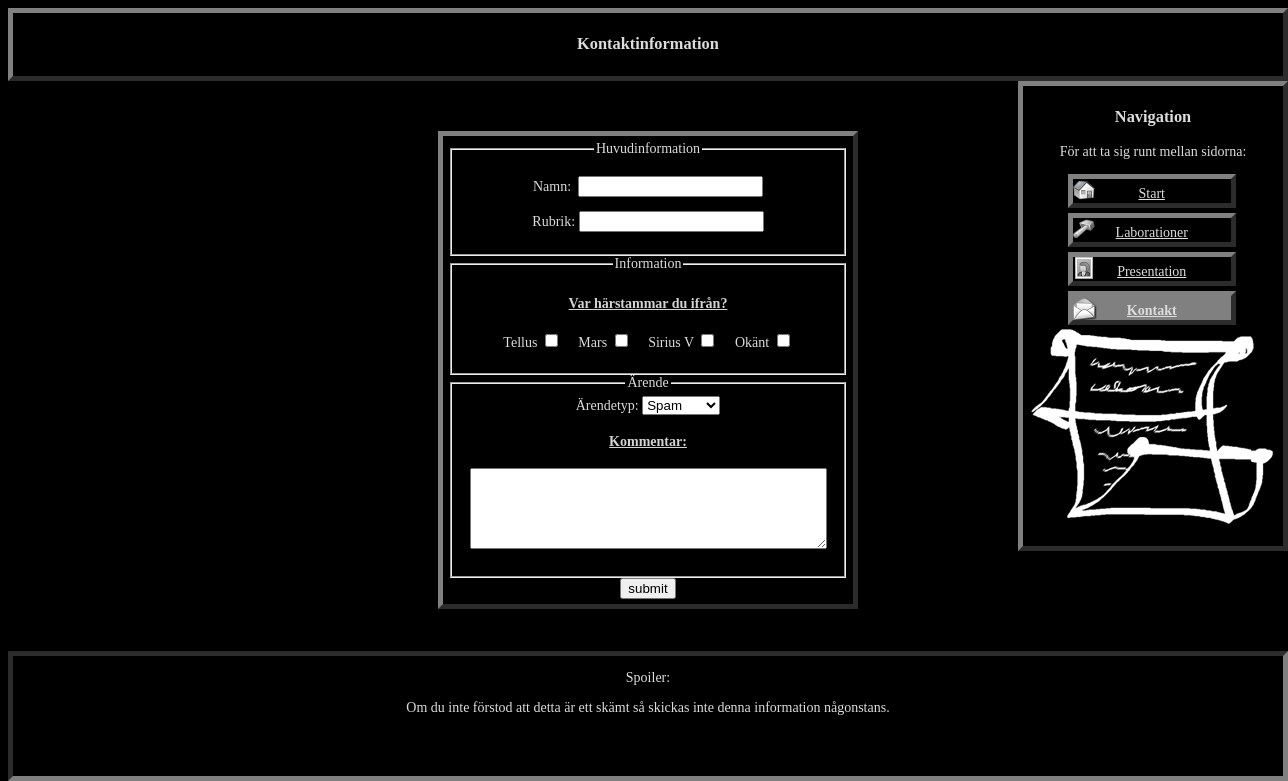
Repository: cg222im/1IK415_cg222im
Page: pages/kontakt.html
The author's editor kept a record of every edit. The page is drawn from the files as they stood at one moment, then again after the next edit.
The browser window is 1280 px wide. The page is 1288 px wide, so the pictures cover 1288 px, including what lies to the right of the window. The pictures show the whole page.

Above is the page before.

After the next edit:
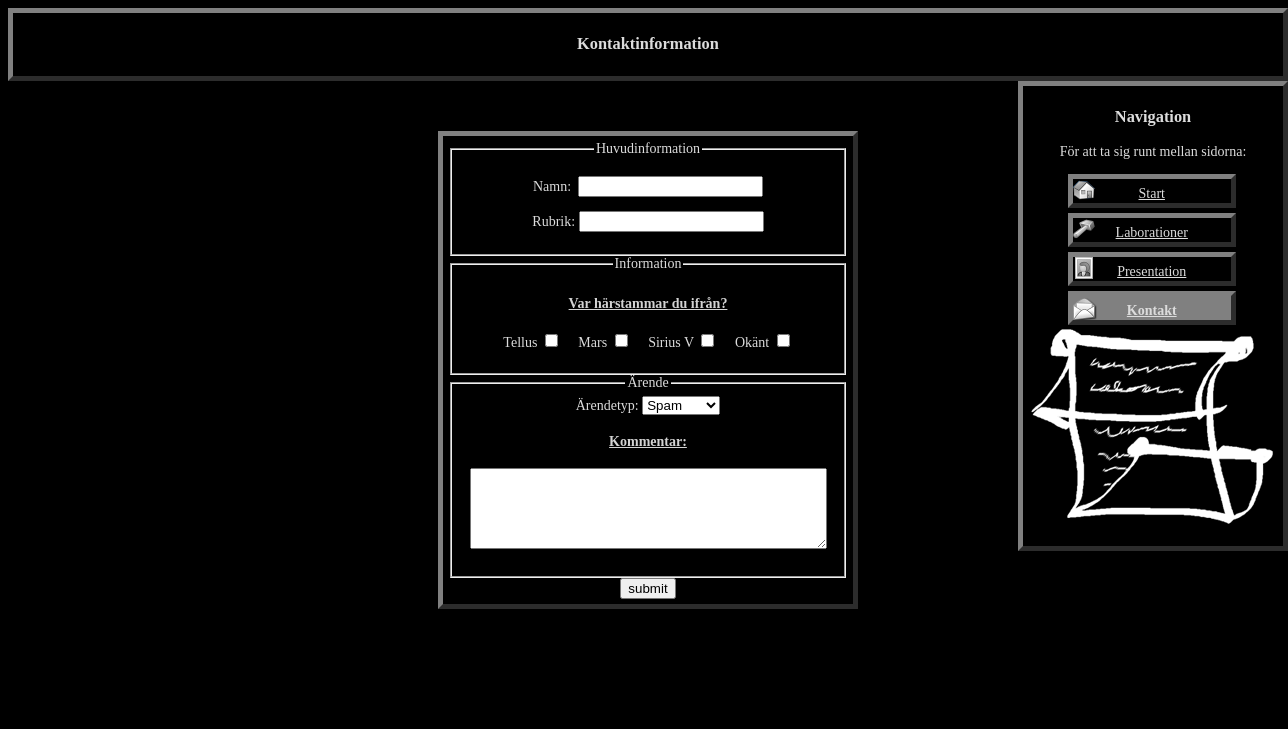
The edit:
--- a/pages/kontakt.html
+++ b/pages/kontakt.html
@@ -101,10 +101,7 @@
     </div>
 
     <div class="doprint">
-        <div id="footer">
-            <p>Spoiler:</p>
-            <p>Om du inte förstod att detta är ett skämt så skickas inte denna information någonstans.</p>
-        </div>
+
     </div>
 
 </body>
